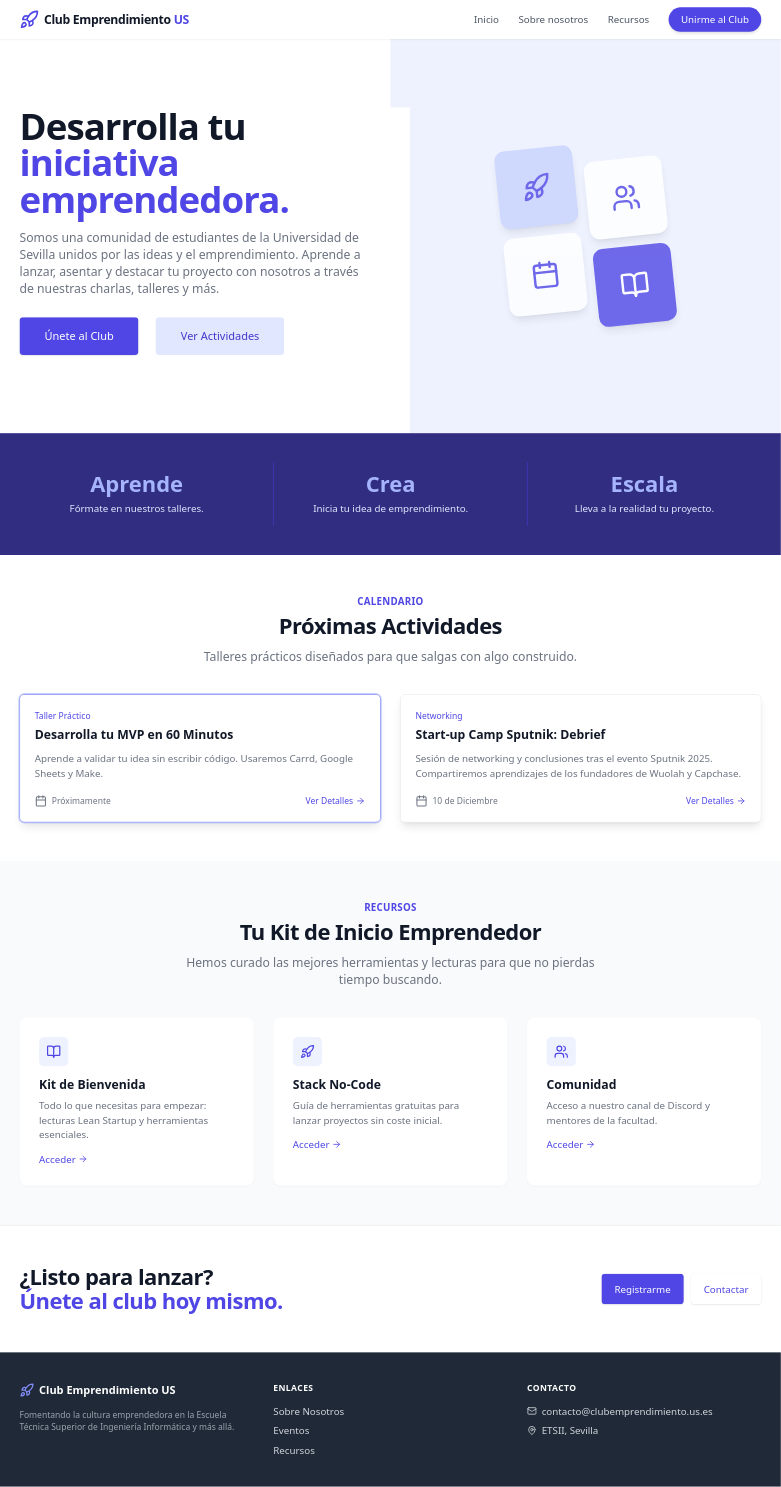
Repository: enerombar/club-emprendimiento-web
Page: /
An editor plug-in stored every save of this project. The page is shown before and after the next save, followed by the edit.
The browser window is 1280 px wide. The pictures show the whole page, at 61% of full size.
The project was rebuilt for these pictures with package versions that can differ from the ones it lists, and the page was loaded fresh each time. Also part of the build but not shown: vite.config.js.

Above is the page before, as saved 2025-12-08 00:18:20.

### index.html
<!doctype html>
<html lang="en">
  <head>
    <meta charset="UTF-8" />
    <link rel="icon" type="image/svg+xml" href="/vite.svg" />
    <meta name="viewport" content="width=device-width, initial-scale=1.0" />
    <title>club-emprendimiento</title>
  </head>
  <body>
    <div id="root"></div>
    <script type="module" src="/src/main.jsx"></script>
  </body>
</html>

### src/App.jsx
import React, { useState } from 'react';
import { Rocket, Users, Calendar, BookOpen, ArrowRight, Menu, X, CheckCircle, Mail, MapPin, Clock, Info } from 'lucide-react';

const ClubEmprendimiento = () => {
  const [isMenuOpen, setIsMenuOpen] = useState(false);
  const [selectedEvent, setSelectedEvent] = useState(null); // Estado para el evento seleccionado (modal)

  // Datos de ejemplo basados en tu trabajo real, ahora con MÁS detalles
  const upcomingEvents = [
    {
      id: 1,
      title: "Desarrolla tu MVP en 60 Minutos",
      date: "Próximamente",
      time: "16:00 - 18:00",
      location: "Aula H1.10, ETSII",
      description: "Aprende a validar tu idea sin escribir código. Usaremos Carrd, Google Sheets y Make.",
      fullDescription: "En este taller práctico intensivo, romperemos el mito de que necesitas meses de programación para lanzar una idea. Aprenderás a construir un flujo de validación completo usando herramientas No-Code. Saldrás del taller con una Landing Page funcional conectada a una base de datos y un sistema de email automático.",
      agenda: [
        "Introducción: La trampa de la sobre-ingeniería",
        "Herramientas: Carrd, Airtable y Make",
        "Live Demo: Construyendo en tiempo real",
        "Estrategias de validación rápida"
      ],
      tag: "Taller Práctico",
      highlight: true
    },
    {
      id: 2,
      title: "Start-up Camp Sputnik: Debrief",
      date: "10 de Diciembre",
      time: "17:30 - 19:00",
      location: "Sala de Juntas, ETSII",
      description: "Sesión de networking y conclusiones tras el evento Sputnik 2025. Compartiremos aprendizajes de los fundadores de Wuolah y Capchase.",
      fullDescription: "Una sesión exclusiva para compartir los 'insights' más potentes extraídos del Start-up Camp de Sputnik. Analizaremos las claves de crecimiento de startups sevillanas como Wuolah y debatiremos sobre las oportunidades actuales en el ecosistema emprendedor.",
      agenda: [
        "Resumen del evento Sputnik 2025",
        "Lecciones aprendidas de Wuolah y Capchase",
        "Networking con pizza y refrescos",
        "Presentación de nuevos proyectos del club"
      ],
      tag: "Networking",
      highlight: false
    }
  ];

  const resources = [
    {
      title: "Kit de Bienvenida",
      desc: "Todo lo que necesitas para empezar: lecturas Lean Startup y herramientas esenciales.",
      icon: <BookOpen className="w-6 h-6 text-indigo-600" />
    },
    {
      title: "Stack No-Code",
      desc: "Guía de herramientas gratuitas para lanzar proyectos sin coste inicial.",
      icon: <Rocket className="w-6 h-6 text-indigo-600" />
    },
    {
      title: "Comunidad",
      desc: "Acceso a nuestro canal de Discord y mentores de la facultad.",
      icon: <Users className="w-6 h-6 text-indigo-600" />
    }
  ];

  // Función para abrir el modal
  const openModal = (event) => {
    setSelectedEvent(event);
    document.body.style.overflow = 'hidden'; // Evitar scroll de fondo
  };

  // Función para cerrar el modal
  const closeModal = () => {
    setSelectedEvent(null);
    document.body.style.overflow = 'auto'; // Restaurar scroll
  };

  return (
    <div className="min-h-screen bg-gray-50 font-sans text-gray-900">

      {/* --- NAVBAR --- */}
      <nav className="bg-white shadow-sm sticky top-0 z-50">
        <div className="max-w-7xl mx-auto px-4 sm:px-6 lg:px-8">
          <div className="flex justify-between h-16">
            <div className="flex items-center">
              <div className="flex-shrink-0 flex items-center gap-2">
                <Rocket className="h-8 w-8 text-indigo-600" />
                <span className="font-bold text-xl tracking-tight">Club Emprendimiento <span className="text-indigo-600">US</span></span>
              </div>
            </div>

            {/* Desktop Menu */}
            <div className="hidden md:flex items-center space-x-8">
              <a href="#inicio" className="text-gray-600 hover:text-indigo-600 transition">Inicio</a>
              <a href="#sobre-nosotros" className="text-gray-600 hover:text-indigo-600 transition">Sobre nosotros</a>
              <a href="#recursos" className="text-gray-600 hover:text-indigo-600 transition">Recursos</a>
              <button className="bg-indigo-600 text-white px-5 py-2 rounded-full font-medium hover:bg-indigo-700 transition shadow-md">
                Unirme al Club
              </button>
            </div>

            {/* Mobile menu button */}
            <div className="md:hidden flex items-center">
              <button onClick={() => setIsMenuOpen(!isMenuOpen)} className="text-gray-600 hover:text-gray-900 focus:outline-none">
                {isMenuOpen ? <X className="h-6 w-6" /> : <Menu className="h-6 w-6" />}
              </button>
            </div>
          </div>
        </div>

        {/* Mobile Menu */}
        {isMenuOpen && (
          <div className="md:hidden bg-white border-t border-gray-100">
            <div className="px-2 pt-2 pb-3 space-y-1 sm:px-3">
              <a href="#inicio" className="block px-3 py-2 rounded-md text-base font-medium text-gray-700 hover:text-indigo-600 hover:bg-gray-50">Inicio</a>
              <a href="#actividades" className="block px-3 py-2 rounded-md text-base font-medium text-gray-700 hover:text-indigo-600 hover:bg-gray-50">Actividades</a>
              <a href="#recursos" className="block px-3 py-2 rounded-md text-base font-medium text-gray-700 hover:text-indigo-600 hover:bg-gray-50">Recursos</a>
              <a href="#" className="block px-3 py-2 rounded-md text-base font-medium text-indigo-600 font-bold">Unirme ahora</a>
            </div>
          </div>
        )}
      </nav>

      {/* --- HERO SECTION --- */}
      <div id="inicio" className="relative bg-white overflow-hidden">
        <div className="max-w-7xl mx-auto">
          <div className="relative z-10 pb-8 bg-white sm:pb-16 md:pb-20 lg:max-w-2xl lg:w-full lg:pb-28 xl:pb-32">
            <main className="mt-10 mx-auto max-w-7xl px-4 sm:mt-12 sm:px-6 md:mt-16 lg:mt-20 lg:px-8 xl:mt-28">
              <div className="sm:text-center lg:text-left">
                <h1 className="text-4xl tracking-tight font-extrabold text-gray-900 sm:text-5xl md:text-6xl">
                  <span className="block xl:inline">Desarrolla tu </span>{' '}
                  <span className="block text-indigo-600 xl:inline">iniciativa emprendedora.</span>
                </h1>
                <p className="mt-3 text-base text-gray-500 sm:mt-5 sm:text-lg sm:max-w-xl sm:mx-auto md:mt-5 md:text-xl lg:mx-0">
                  Somos una comunidad de estudiantes de la Universidad de Sevilla unidos por las ideas y el emprendimiento. Aprende a lanzar, asentar y destacar tu proyecto con nosotros a través de nuestras charlas, talleres y más.
                </p>
                <div className="mt-5 sm:mt-8 sm:flex sm:justify-center lg:justify-start gap-4">
                  <div className="rounded-md shadow">
                    <a href="#" className="w-full flex items-center justify-center px-8 py-3 border border-transparent text-base font-medium rounded-md text-white bg-indigo-600 hover:bg-indigo-700 md:py-4 md:text-lg md:px-10">
                      Únete al Club
                    </a>
                  </div>
                  <div className="mt-3 sm:mt-0 sm:ml-3">
                    <a href="#actividades" className="w-full flex items-center justify-center px-8 py-3 border border-transparent text-base font-medium rounded-md text-indigo-700 bg-indigo-100 hover:bg-indigo-200 md:py-4 md:text-lg md:px-10">
                      Ver Actividades
                    </a>
                  </div>
                </div>
              </div>
            </main>
          </div>
        </div>
        <div className="lg:absolute lg:inset-y-0 lg:right-0 lg:w-1/2 bg-indigo-50 flex items-center justify-center">
            {/* Placeholder visual - Abstract representation of connection */}
            <div className="relative w-full h-64 sm:h-72 md:h-96 lg:h-full flex items-center justify-center p-10">
                <div className="grid grid-cols-2 gap-4 opacity-80 transform -rotate-6">
                    <div className="w-32 h-32 bg-indigo-200 rounded-2xl flex items-center justify-center shadow-lg"><Rocket className="w-12 h-12 text-indigo-600"/></div>
                    <div className="w-32 h-32 bg-white rounded-2xl flex items-center justify-center shadow-lg mt-8"><Users className="w-12 h-12 text-indigo-600"/></div>
                    <div className="w-32 h-32 bg-white rounded-2xl flex items-center justify-center shadow-lg -mt-8"><Calendar className="w-12 h-12 text-indigo-600"/></div>
                    <div className="w-32 h-32 bg-indigo-600 rounded-2xl flex items-center justify-center shadow-lg"><BookOpen className="w-12 h-12 text-white"/></div>
                </div>
            </div>
        </div>
      </div>

      {/* --- STATS / MANTRA --- */}
      <div className="bg-indigo-900 text-white py-12">
        <div className="max-w-7xl mx-auto px-4 sm:px-6 lg:px-8">
          <div className="grid grid-cols-1 md:grid-cols-3 gap-8 text-center">
            <div className="p-4">
              <div className="text-4xl font-bold text-indigo-300 mb-2">Aprende</div>
              <div className="text-indigo-100">Fórmate en nuestros talleres.</div>
            </div>
            <div className="p-4 border-l-0 md:border-l border-indigo-700">
              <div className="text-4xl font-bold text-indigo-300 mb-2">Crea</div>
              <div className="text-indigo-100">Inicia tu idea de emprendimiento.</div>
            </div>
            <div className="p-4 border-l-0 md:border-l border-indigo-700">
              <div className="text-4xl font-bold text-indigo-300 mb-2">Escala</div>
              <div className="text-indigo-100">Lleva a la realidad tu proyecto.</div>
            </div>
          </div>
        </div>
      </div>

      {/* --- ACTIVIDADES --- */}
      <div id="actividades" className="py-16 bg-white">
        <div className="max-w-7xl mx-auto px-4 sm:px-6 lg:px-8">
          <div className="text-center">
            <h2 className="text-base text-indigo-600 font-semibold tracking-wide uppercase">Calendario</h2>
            <p className="mt-2 text-3xl leading-8 font-extrabold tracking-tight text-gray-900 sm:text-4xl">
              Próximas Actividades
            </p>
            <p className="mt-4 max-w-2xl text-xl text-gray-500 mx-auto">
              Talleres prácticos diseñados para que salgas con algo construido.
            </p>
          </div>

          <div className="mt-12 grid gap-8 md:grid-cols-2 lg:grid-cols-2">
            {upcomingEvents.map((event) => (
              // Añadido onClick para abrir el modal
              <div
                key={event.id}
                onClick={() => openModal(event)}
                className={`flex flex-col rounded-lg shadow-lg overflow-hidden border cursor-pointer transition-transform hover:scale-105 ${event.highlight ? 'border-indigo-500 ring-2 ring-indigo-200' : 'border-gray-200'}`}
              >
                <div className="flex-1 bg-white p-6 flex flex-col justify-between">
                  <div className="flex-1">
                    <p className="text-sm font-medium text-indigo-600">
                      {event.tag}
                    </p>
                    <div className="block mt-2">
                      <p className="text-xl font-semibold text-gray-900">{event.title}</p>
                      <p className="mt-3 text-base text-gray-500">{event.description}</p>
                    </div>
                  </div>
                  <div className="mt-6 flex items-center justify-between">
                    <div className="flex items-center text-gray-500">
                        <Calendar className="h-5 w-5 mr-2" />
                        <span className="text-sm font-medium">{event.date}</span>
                    </div>
                    <div className="flex items-center text-indigo-600 font-medium text-sm">
                        Ver Detalles <ArrowRight className="ml-1 w-4 h-4" />
                    </div>
                  </div>
                </div>
              </div>
            ))}
          </div>
        </div>
      </div>

      {/* --- MODAL DE DETALLES DEL EVENTO --- */}
      {selectedEvent && (
        <div className="fixed inset-0 z-50 overflow-y-auto" aria-labelledby="modal-title" role="dialog" aria-modal="true">
          <div className="flex items-end justify-center min-h-screen pt-4 px-4 pb-20 text-center sm:block sm:p-0">
            {/* Overlay de fondo oscuro */}
            <div
              className="fixed inset-0 bg-gray-500 bg-opacity-75 transition-opacity"
              aria-hidden="true"
              onClick={closeModal}
            ></div>

            {/* Centrado vertical del modal */}
            <span className="hidden sm:inline-block sm:align-middle sm:h-screen" aria-hidden="true">&#8203;</span>

            {/* Contenido del Modal */}
            <div className="inline-block align-bottom bg-white rounded-lg text-left overflow-hidden shadow-xl transform transition-all sm:my-8 sm:align-middle sm:max-w-lg sm:w-full">
              <div className="bg-white px-4 pt-5 pb-4 sm:p-6 sm:pb-4">
                <div className="sm:flex sm:items-start">
                  <div className="mt-3 text-center sm:mt-0 sm:ml-4 sm:text-left w-full">
                    {/* Header del Modal con Título y Tag */}
                    <div className="flex justify-between items-start">
                        <div>
                            <span className="inline-flex items-center px-2.5 py-0.5 rounded-full text-xs font-medium bg-indigo-100 text-indigo-800 mb-2">
                                {selectedEvent.tag}
                            </span>
                            <h3 className="text-2xl leading-6 font-bold text-gray-900" id="modal-title">
                                {selectedEvent.title}
                            </h3>
                        </div>
                        <button
                            onClick={closeModal}
                            className="bg-white rounded-md text-gray-400 hover:text-gray-500 focus:outline-none"
                        >
                            <X className="h-6 w-6" />
                        </button>
                    </div>

                    {/* Información Clave (Fecha, Hora, Lugar) */}
                    <div className="mt-4 bg-gray-50 rounded-lg p-4 grid grid-cols-1 gap-3">
                        <div className="flex items-center text-gray-700">
                            <Calendar className="h-5 w-5 mr-3 text-indigo-600" />
                            <span className="font-medium">{selectedEvent.date}</span>
                        </div>
                        <div className="flex items-center text-gray-700">
                            <Clock className="h-5 w-5 mr-3 text-indigo-600" />
                            <span className="font-medium">{selectedEvent.time}</span>
                        </div>
                        <div className="flex items-center text-gray-700">
                            <MapPin className="h-5 w-5 mr-3 text-indigo-600" />
                            <span className="font-medium">{selectedEvent.location}</span>
                        </div>
                    </div>

                    {/* Descripción Completa */}
                    <div className="mt-4">
                      <h4 className="font-bold text-gray-900 mb-2">Sobre este evento</h4>
                      <p className="text-sm text-gray-600">
                        {selectedEvent.fullDescription}
                      </p>
                    </div>

                    {/* Agenda */}
                    {selectedEvent.agenda && (
                        <div className="mt-4">
                            <h4 className="font-bold text-gray-900 mb-2">Agenda</h4>
                            <ul className="text-sm text-gray-600 space-y-2">
                                {selectedEvent.agenda.map((item, index) => (
                                    <li key={index} className="flex items-start">
                                        <CheckCircle className="h-4 w-4 text-green-500 mr-2 mt-0.5 flex-shrink-0" />
                                        <span>{item}</span>
                                    </li>
                                ))}
                            </ul>
                        </div>
                    )}
                  </div>
                </div>
              </div>
              <div className="bg-gray-50 px-4 py-3 sm:px-6 sm:flex sm:flex-row-reverse">
                <button type="button" className="w-full inline-flex justify-center rounded-md border border-transparent shadow-sm px-4 py-2 bg-indigo-600 text-base font-medium text-white hover:bg-indigo-700 focus:outline-none sm:ml-3 sm:w-auto sm:text-sm">
                  Inscribirme Ahora
                </button>
                <button
                    type="button"
                    className="mt-3 w-full inline-flex justify-center rounded-md border border-gray-300 shadow-sm px-4 py-2 bg-white text-base font-medium text-gray-700 hover:bg-gray-50 focus:outline-none sm:mt-0 sm:ml-3 sm:w-auto sm:text-sm"
                    onClick={closeModal}
                >
                  Cerrar
                </button>
              </div>
            </div>
          </div>
        </div>
      )}

      {/* --- RECURSOS (Kit de Bienvenida) --- */}
      <div id="recursos" className="py-16 bg-gray-50">
        <div className="max-w-7xl mx-auto px-4 sm:px-6 lg:px-8">
          <div className="lg:text-center mb-12">
            <h2 className="text-base text-indigo-600 font-semibold tracking-wide uppercase">Recursos</h2>
            <p className="mt-2 text-3xl leading-8 font-extrabold tracking-tight text-gray-900 sm:text-4xl">
              Tu Kit de Inicio Emprendedor
            </p>
            <p className="mt-4 max-w-2xl text-xl text-gray-500 lg:mx-auto">
              Hemos curado las mejores herramientas y lecturas para que no pierdas tiempo buscando.
            </p>
          </div>

          <div className="grid grid-cols-1 md:grid-cols-3 gap-8">
            {resources.map((item, index) => (
              <div key={index} className="bg-white p-8 rounded-xl shadow-sm hover:shadow-md transition duration-300">
                <div className="bg-indigo-50 w-12 h-12 rounded-lg flex items-center justify-center mb-4">
                  {item.icon}
                </div>
                <h3 className="text-xl font-bold text-gray-900 mb-2">{item.title}</h3>
                <p className="text-gray-500 mb-4">{item.desc}</p>
                <a href="#" className="text-indigo-600 hover:text-indigo-800 font-medium inline-flex items-center">
                  Acceder <ArrowRight className="ml-1 w-4 h-4" />
                </a>
              </div>
            ))}
          </div>
        </div>
      </div>

      {/* --- CTA / FOOTER --- */}
      <div className="bg-white border-t border-gray-200">
        <div className="max-w-7xl mx-auto py-12 px-4 sm:px-6 lg:py-16 lg:px-8 lg:flex lg:items-center lg:justify-between">
          <h2 className="text-3xl font-extrabold tracking-tight text-gray-900 sm:text-4xl">
            <span className="block">¿Listo para lanzar?</span>
            <span className="block text-indigo-600">Únete al club hoy mismo.</span>
          </h2>
          <div className="mt-8 flex lg:mt-0 lg:flex-shrink-0">
            <div className="inline-flex rounded-md shadow">
              <a href="#" className="inline-flex items-center justify-center px-5 py-3 border border-transparent text-base font-medium rounded-md text-white bg-indigo-600 hover:bg-indigo-700">
                Registrarme
              </a>
            </div>
            <div className="ml-3 inline-flex rounded-md shadow">
              <a href="#" className="inline-flex items-center justify-center px-5 py-3 border border-transparent text-base font-medium rounded-md text-indigo-600 bg-white hover:bg-gray-50">
                Contactar
              </a>
            </div>
          </div>
        </div>
      </div>

      <footer className="bg-gray-800 text-gray-300 py-12">
        <div className="max-w-7xl mx-auto px-4 sm:px-6 lg:px-8 grid grid-cols-1 md:grid-cols-3 gap-8">
            <div>
                <div className="flex items-center gap-2 mb-4">
                    <Rocket className="h-6 w-6 text-indigo-400" />
                    <span className="font-bold text-lg text-white">Club Emprendimiento US</span>
                </div>
                <p className="text-sm text-gray-400">
                    Fomentando la cultura emprendedora en la Escuela Técnica Superior de Ingeniería Informática y más allá.
                </p>
            </div>
            <div>
                <h3 className="text-white font-bold mb-4 uppercase text-sm tracking-wider">Enlaces</h3>
                <ul className="space-y-2">
                    <li><a href="#" className="hover:text-white transition">Sobre Nosotros</a></li>
                    <li><a href="#" className="hover:text-white transition">Eventos</a></li>
                    <li><a href="#" className="hover:text-white transition">Recursos</a></li>
                </ul>
            </div>
            <div>
                <h3 className="text-white font-bold mb-4 uppercase text-sm tracking-wider">Contacto</h3>
                <ul className="space-y-2">
                    <li className="flex items-center gap-2"><Mail className="w-4 h-4" /> contacto@clubemprendimiento.us.es</li>
                    <li className="flex items-center gap-2"><MapPin className="w-4 h-4" /> ETSII, Sevilla</li>
                </ul>
            </div>
        </div>
      </footer>
    </div>
  );
};

export default ClubEmprendimiento;

Loaded but not shown: src/main.jsx (common file); src/index.css (common file); tailwind.config.js (common file)

After the next save:
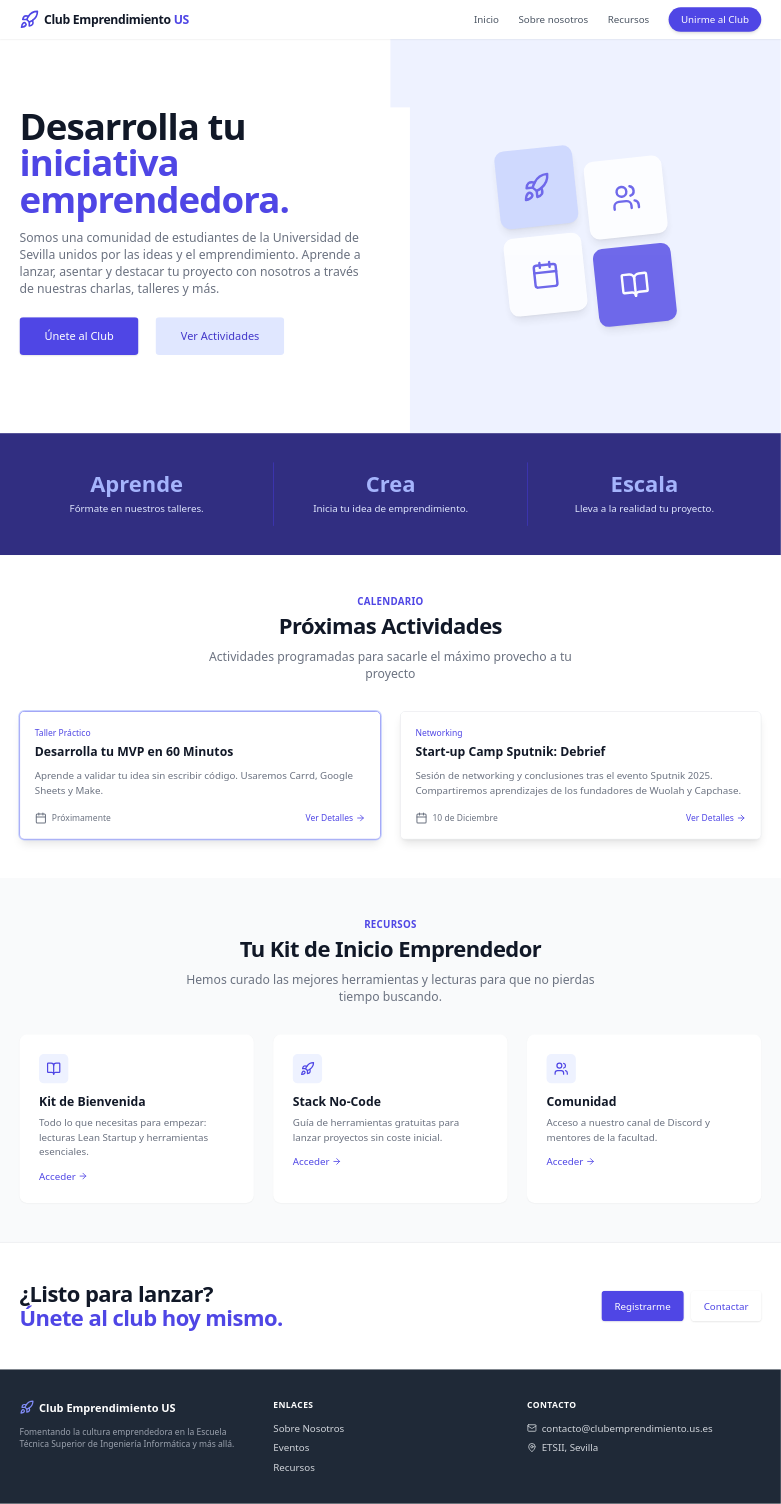
Saved 63 s later.
--- a/src/App.jsx
+++ b/src/App.jsx
@@ -190,7 +190,7 @@ const ClubEmprendimiento = () => {
               Próximas Actividades
             </p>
             <p className="mt-4 max-w-2xl text-xl text-gray-500 mx-auto">
-              Talleres prácticos diseñados para que salgas con algo construido.
+              Actividades programadas para sacarle el máximo provecho a tu proyecto
             </p>
           </div>
 
